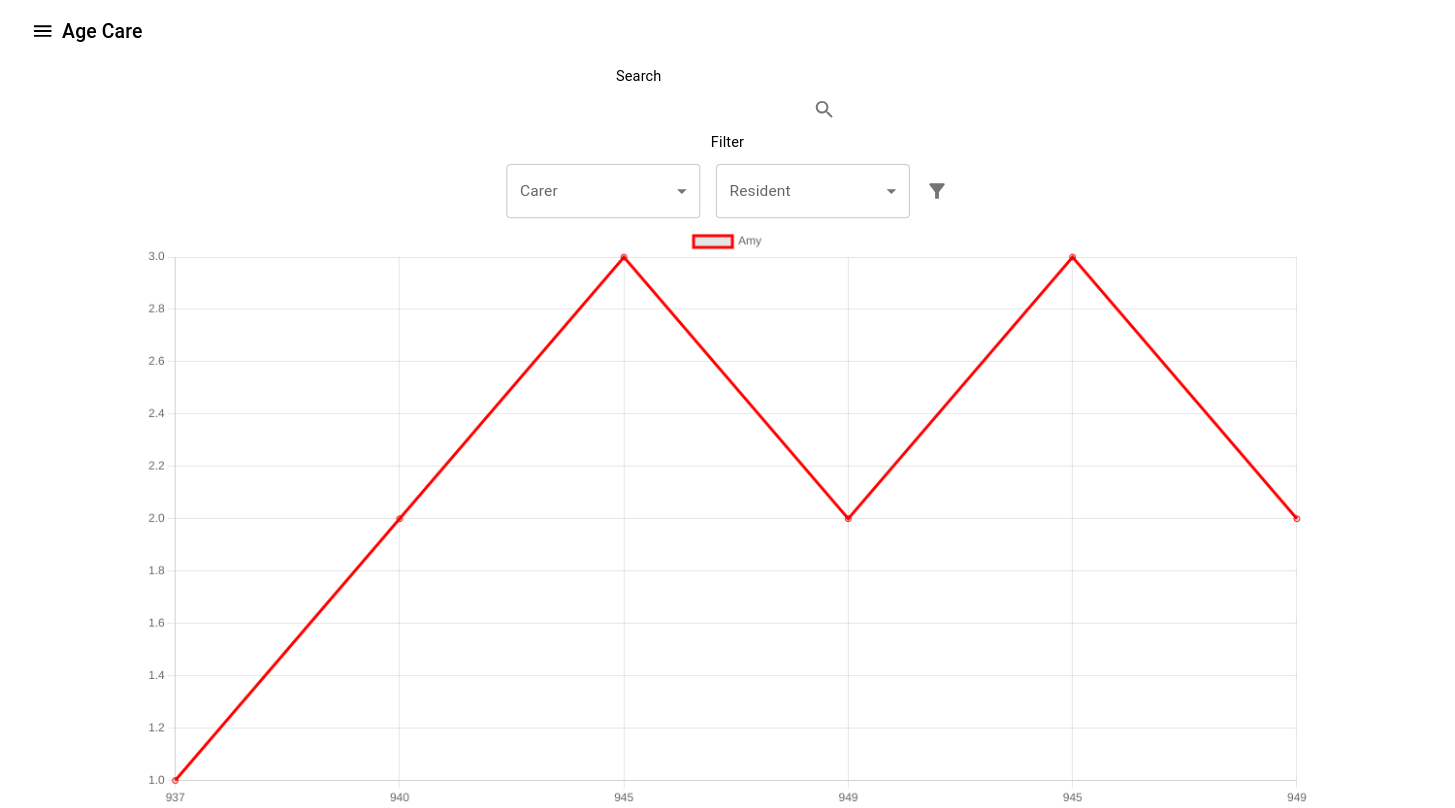
Repository: kimchybob/age_care
Page: /, after clicking the first element matching `button.css-78trlr-MuiButtonBase-root-MuiIconButton-root`
These files come from the project's save history. The page is drawn as it stood at one moment and after the next save; the edit follows.
The browser window is 1280 px wide. The page is 1500 px wide, so the pictures cover 1500 px, including what lies to the right of the window. The pictures show the whole page, at 97% of full size.
The project was rebuilt for these pictures with package versions that can differ from the ones it lists, and the page was loaded fresh each time. Also part of the build but not shown: src/Components/TimeSelecter.js, src/Components/SingleSelectList.js, src/Components/TableChart.js, src/Pages/DataGridPage.js.

Above is the page before, as saved 2022-03-23 22:57:10.

After the next save:
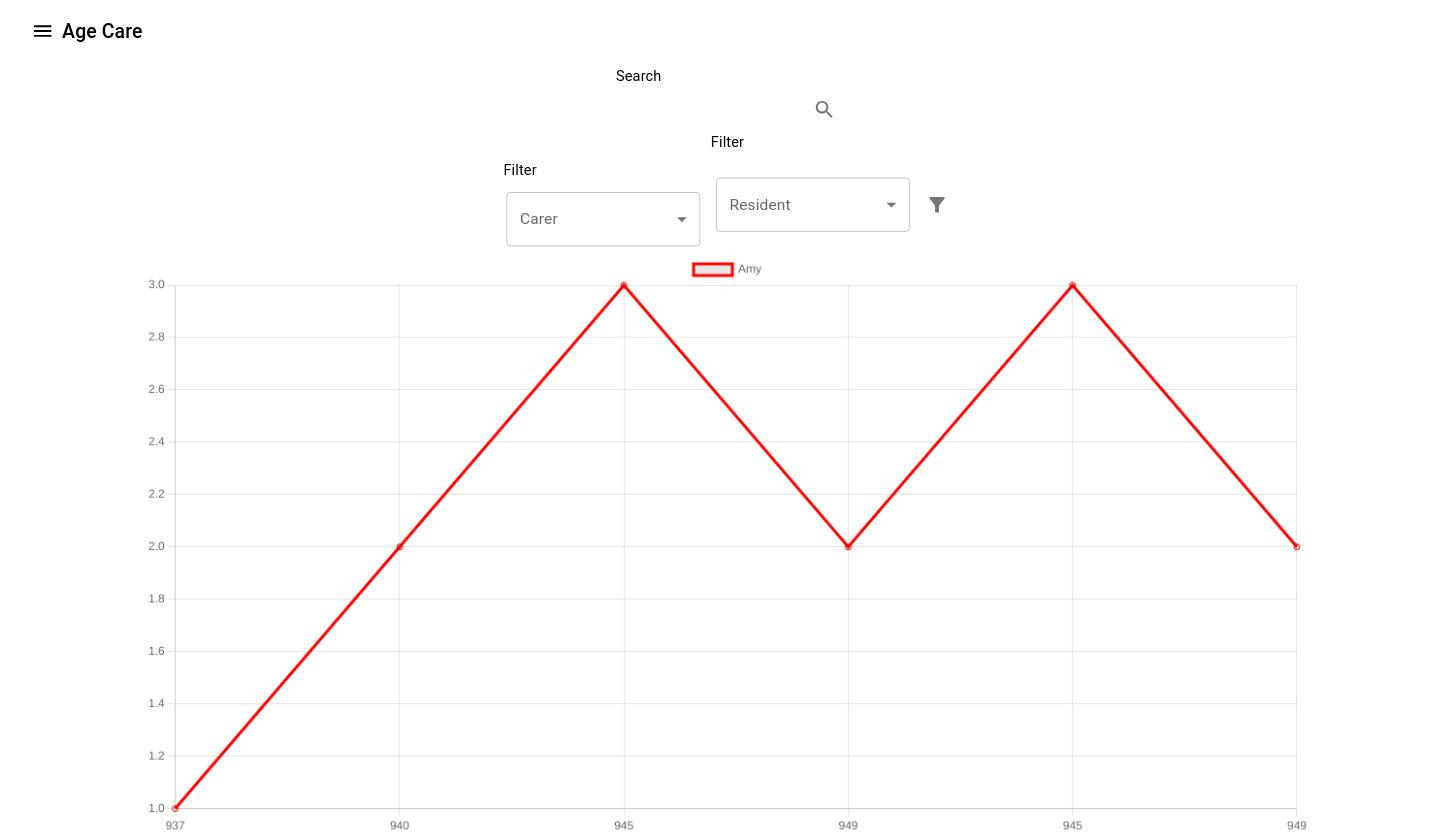
Saved 52 s later.
--- a/src/Pages/ChartPage.js
+++ b/src/Pages/ChartPage.js
@@ -79,7 +79,14 @@
             justifyContent="center"
             alignItems="center"
           >
-            <MultiSelectList label={"Carer"}/>
+            <Grid item>
+              <Typography
+                component="legend"
+                textAlign={"left"}
+                margin={"3px"}
+                fontSize={"15px"}>Filter</Typography>
+              <MultiSelectList label={"Carer"}/>
+            </Grid>
             <MultiSelectList label={"Resident"}/>
             <IconButton onClick={filterClicked}>
                 <FilterAltIcon/>

After the save that followed:
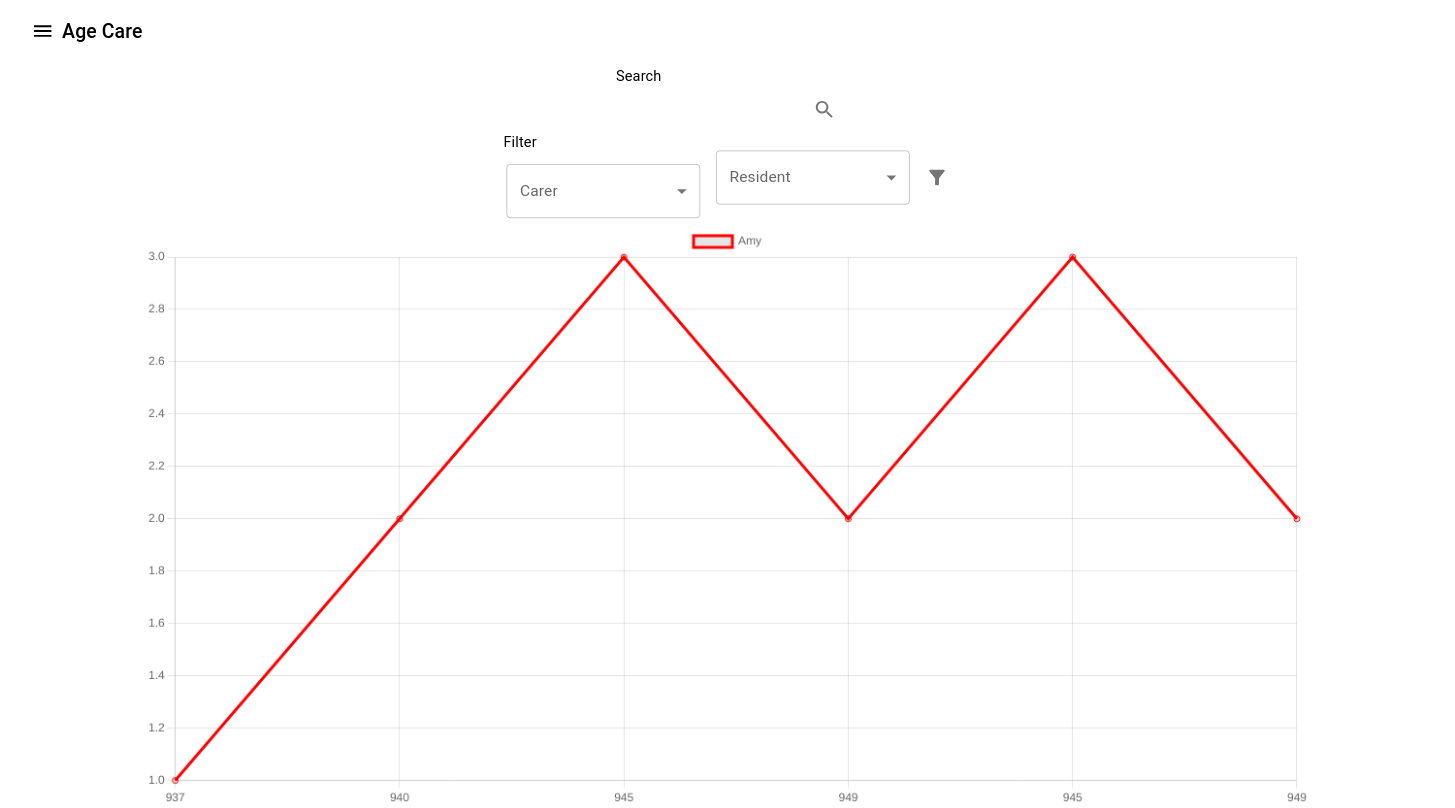
Saved 2 min 4 s later.
--- a/src/Pages/ChartPage.js
+++ b/src/Pages/ChartPage.js
@@ -65,13 +65,6 @@
           justifyContent="center"
           alignItems="center"
         >
-          <Grid item>
-            <Typography
-              component="legend"
-              textAlign={"left"}
-              margin={"3px"}
-              fontSize={"15px"}>Filter</Typography>
-          </Grid>
           <Grid
             item
             container
@@ -87,10 +80,11 @@
                 fontSize={"15px"}>Filter</Typography>
               <MultiSelectList label={"Carer"}/>
             </Grid>
-            <MultiSelectList label={"Resident"}/>
-            <IconButton onClick={filterClicked}>
+            <Grid item><MultiSelectList label={"Resident"}/></Grid>
+
+            <Grid item><IconButton onClick={filterClicked}>
                 <FilterAltIcon/>
-            </IconButton>
+            </IconButton></Grid>
           </Grid>
           <Grid item width={1200}>
             <LineChart chartData={userData}/>
